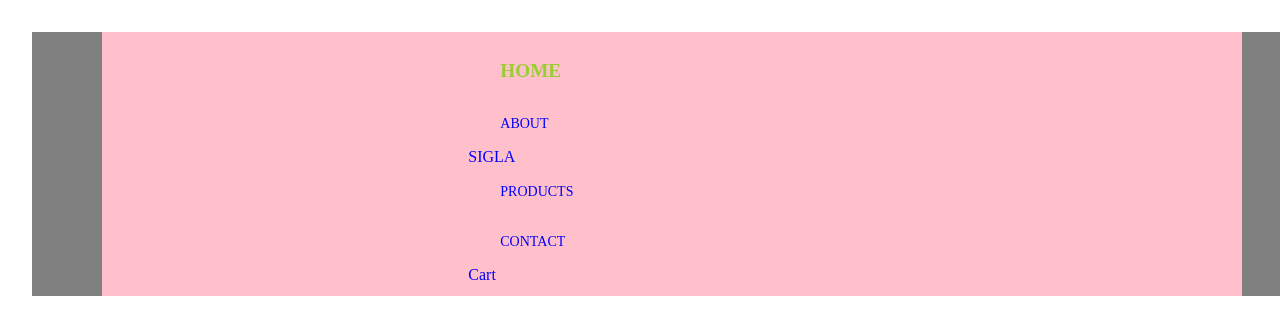
Repository: RalucaZota/cakeshop
Page: /
An editor plug-in stored every save of this project. The page is shown before and after the next save, followed by the edit.
The browser window is 1280 px wide. The pictures show the whole page.
The project was rebuilt for these pictures with package versions that can differ from the ones it lists, and the page was loaded fresh each time. Also part of the build but not shown: vite.config.js, src/views/Products.vue, src/views/About.vue, src/views/Contact.vue.

Above is the page before, as saved 2023-06-02 18:37:14.

After the next save:
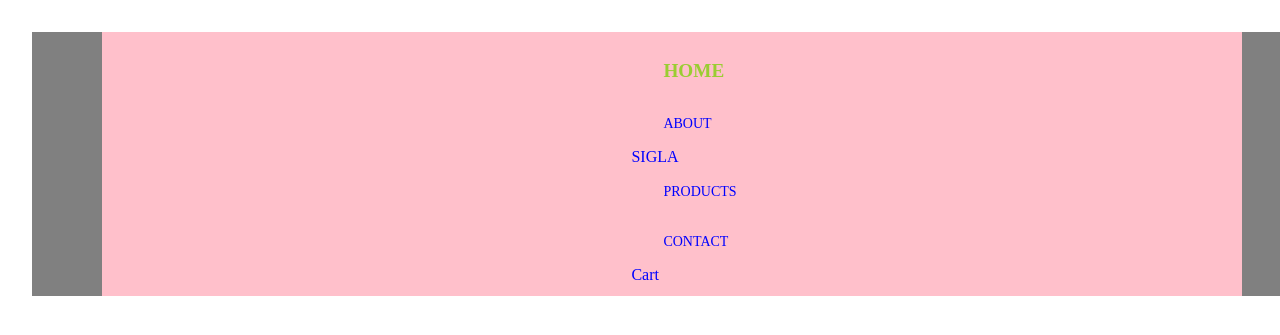
Saved 2 min 28 s later.
--- a/src/styles/Navbar.scss
+++ b/src/styles/Navbar.scss
@@ -65,6 +65,12 @@ header{
         // position: absolute;
         // right: 5%;
     }
+    .icon{
+        display: flex;
+        position: absolute;
+        top: 0;
+        left: 24px;
+    }
 
 }
 }
